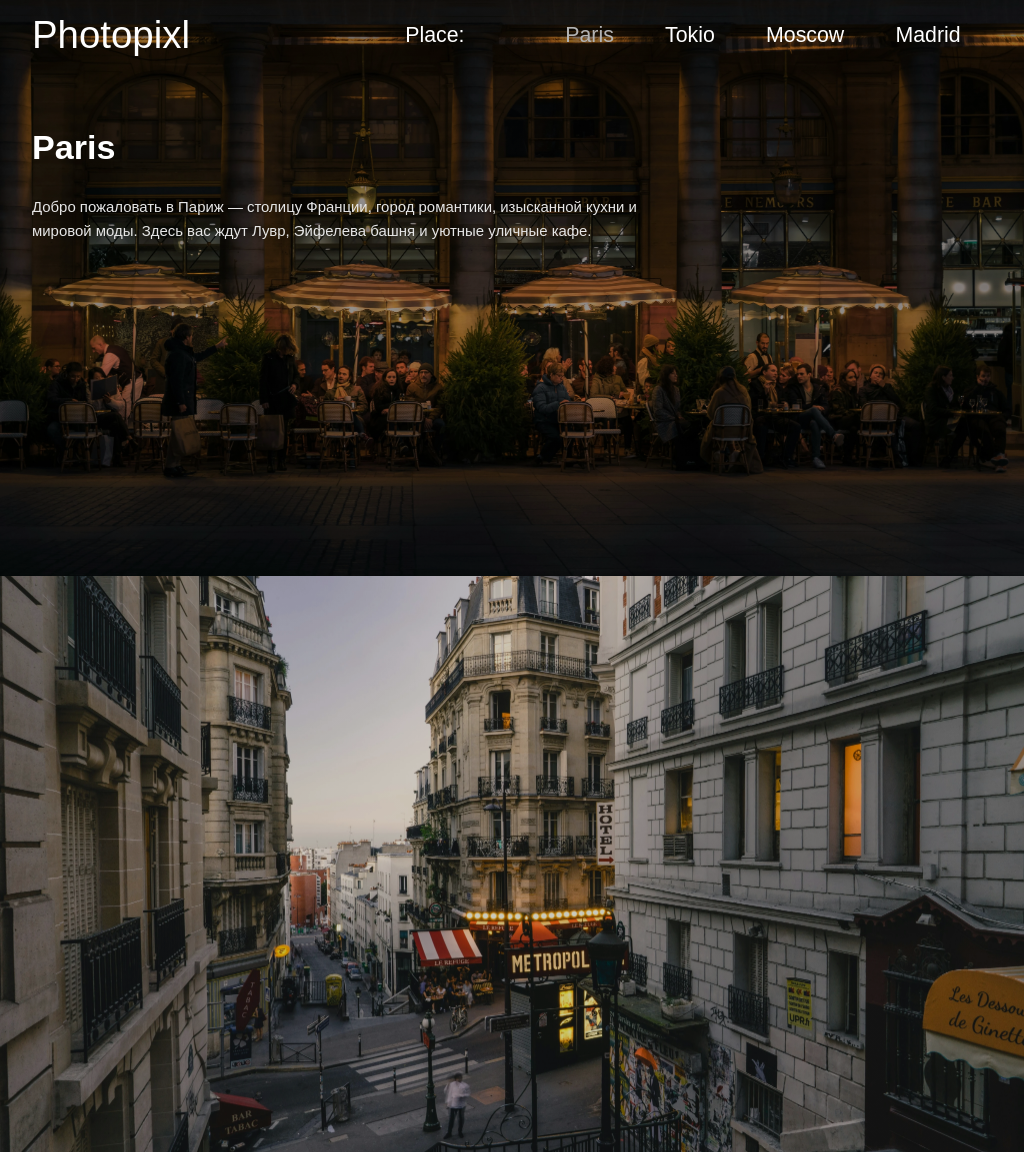
Repository: git-daniil/place-site
Page: index.html
These files come from the project's save history. The page is drawn as it stood at one moment and after the next save; the edit follows.
The browser window is 1280 px wide. The pictures show the whole page, at 80% of full size.
Backgrounds fixed to the window are drawn as part of the page. Some web fonts or font styles are not loaded; a fallback is used.

Above is the page before, as saved 2026-05-19 18:17:18.

### index.html
<!DOCTYPE html>
<html lang="ru">
<head>
    <meta charset="UTF-8">
    <meta name="viewport" content="width=device-width, initial-scale=1.0">
    <title>Photopixl — Paris</title>
    <link rel="stylesheet" href="style.css">
</head>
<body>

    <nav class="navbar">
        <a href="index.html" class="logo">Photopixl</a>
        <div class="place-label">Place:</div>
        <div class="nav-links">
            <a href="index.html" class="city-link active">Paris</a>
            <a href="tokio.html" class="city-link">Tokio</a>
            <a href="moscow.html" class="city-link">Moscow</a>
            <a href="madrid.html" class="city-link">Madrid</a>
        </div>
    </nav>

    <section class="welcome-section">
        <main class="content-section">
            <h1>Paris</h1>
            <p>Добро пожаловать в Париж — столицу Франции, город романтики, изысканной кухни и мировой моды. Здесь вас ждут Лувр, Эйфелева башня и уютные уличные кафе.</p>
        </main>
    </section>

    <section class="second-bg-section"></section>

    <script>
        let currentSection = 0;
        const sections = document.querySelectorAll('.welcome-section, .second-bg-section');
        let isScrolling = false;

        window.addEventListener('wheel', function(e) {
            e.preventDefault();

            if (isScrolling) return;

            if (Math.abs(e.deltaY) < 60) return;

            isScrolling = true;

            if (e.deltaY > 0) {
                if (currentSection < sections.length - 1) currentSection++;
            } else {
                if (currentSection > 0) currentSection--;
            }

            sections[currentSection].scrollIntoView({ behavior: 'smooth' });

            setTimeout(() => {
                isScrolling = false;
            }, 1000);
        }, { passive: false });
    </script>

</body>
</html>

### style.css
@font-face {
    font-family: 'Gilroy-Regular';
    src: local('Gilroy-Regular'), url('fonts/Gilroy-Regular.woff2') format('woff2');
    font-weight: normal;
    font-style: normal;
}
@font-face {
    font-family: 'Seenonim';
    src: local('Seenonim'), url('fonts/Seenonim.woff2') format('woff2');
    font-weight: normal;
    font-style: normal;
}

html {
    scroll-behavior: smooth;
}

body {
    margin: 0;
    padding: 0;
    background-color: #ffffff;
    font-family: Arial, sans-serif;
}

.navbar {
    position: fixed;
    top: 0;
    left: 0;
    right: 0;
    display: flex;
    align-items: center;
    background: none;
    padding: 20px 40px;
    z-index: 10;
}

.logo {
    font-family: 'Gilroy-Regular', sans-serif;
    font-size: 36pt;
    color: #ffffff;
    line-height: 1;
    text-decoration: none;
}

.place-label {
    font-family: 'Seenonim', sans-serif;
    font-size: 20pt;
    color: #ffffff;
    margin-left: 269px;
    line-height: 1;
}

.nav-links {
    display: flex;
    margin-left: 126px;
}

.city-link {
    font-family: 'Seenonim', sans-serif;
    font-size: 20pt;
    color: #ffffff;
    text-decoration: none;
    line-height: 1;
}

.city-link.active {
    color: #b3b3b3;
}

.city-link:not(:last-child) {
    margin-right: 64px;
}

.welcome-section {
    background-image: linear-gradient(rgba(0, 0, 0, 0.4), rgba(0, 0, 0, 0.4)), url('paris-bg.webp');
    background-size: cover;
    background-position: center;
    background-repeat: no-repeat;
    background-attachment: fixed;
    height: 100vh;
    padding-top: 100px;
    box-sizing: border-box;
}

.content-section {
    padding: 60px 40px;
}

.content-section h1 {
    font-size: 32pt;
    margin-top: 0;
    font-family: 'Gilroy-Regular', sans-serif;
    color: #ffffff;
}

.content-section p {
    font-size: 14pt;
    color: #e6e6e6;
    line-height: 1.6;
    max-width: 800px;
}

.second-bg-section {
    background-image: linear-gradient(rgba(0, 0, 0, 0.2), rgba(0, 0, 0, 0.2)), url('paris1.webp');
    background-size: cover;
    background-position: center;
    background-repeat: no-repeat;
    background-attachment: fixed;
    height: 100vh;
}

After the next save:
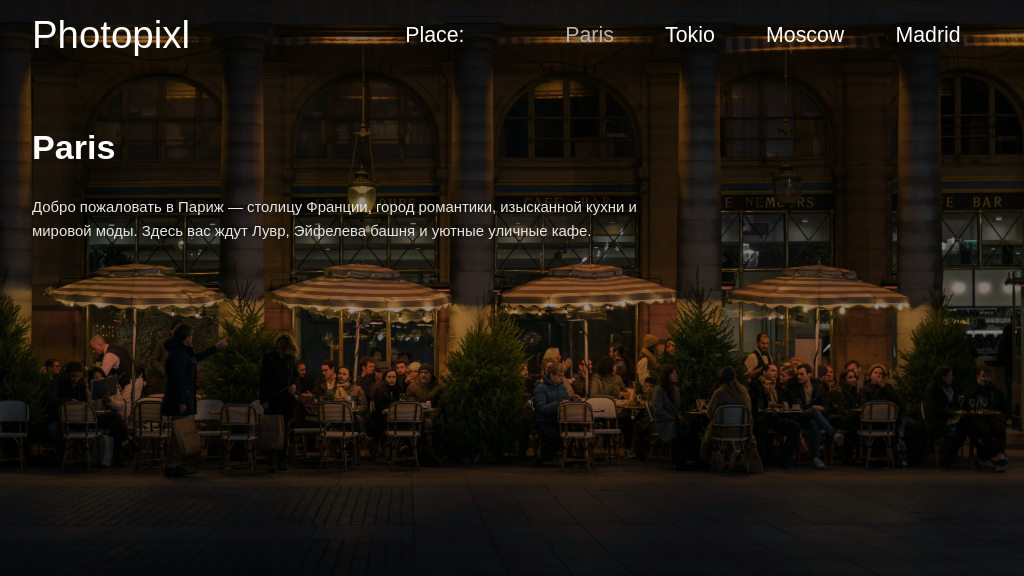
Saved 7 s later.
--- a/style.css
+++ b/style.css
@@ -11,13 +11,11 @@
     font-style: normal;
 }
 
-html {
-    scroll-behavior: smooth;
-}
-
-body {
+html, body {
     margin: 0;
     padding: 0;
+    height: 100vh;
+    overflow: hidden;
     background-color: #ffffff;
     font-family: Arial, sans-serif;
 }
